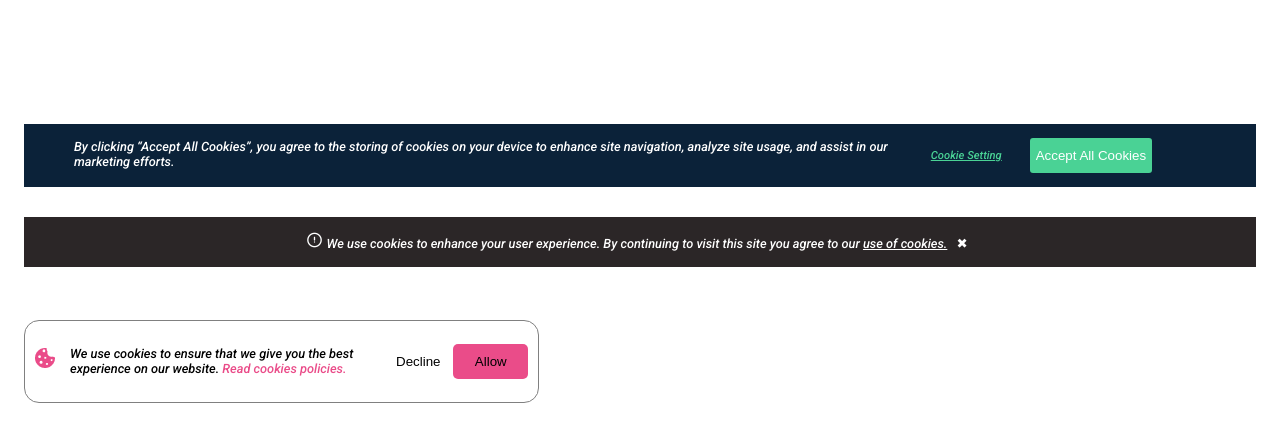
Repository: batonAnton/cursor_cookies_lectr3
Page: index.html
These files come from the project's save history. The page is drawn as it stood at one moment and after the next save; the edit follows.
The browser window is 1280 px wide. The pictures show the whole page.

Above is the page before, as saved 2022-06-01 12:56:47.

### index.html
<!DOCTYPE html>
<html lang="en">
<head>
    <meta charset="UTF-8">
    <meta http-equiv="X-UA-Compatible" content="IE=edge">
    <meta name="viewport" content="width=device-width, initial-scale=1.0">
    <link rel="preconnect" href="https://fonts.googleapis.com">
    <link rel="preconnect" href="https://fonts.gstatic.com" crossorigin>
    <link href="https://fonts.googleapis.com/css2?family=Roboto:ital,wght@1,500&display=swap" rel="stylesheet">
    <link rel="stylesheet" href="/css/style.css">
    <title>Cookie Banner</title>
</head>
<body>
    <div class="container">
        <div class="banner_1">
            <p>By clicking “Accept All Cookies”, you agree to the storing of cookies on your device to enhance site navigation, analyze site usage, and assist in our <br> marketing efforts.</p>
            <a href="#">cookie setting</a>
            <button>accept all cookies</button>
        </div>

        <div class="banner_2">
            <p> <img src="/images/exclamation mark.png" alt="mark"> We use cookies to enhance your user experience. By continuing to visit this site you agree to our <span class="under_span">use of cookies.</span>
                <button><span>&#10006</span></button>
            </div></p>
        </div>

        <div class="banner_3">
            <img src="/images/pink_cookies.png" alt="img cookies">
            <p>We use cookies to ensure that we give you the best <br> experience on our website. <a href="#">Read cookies policies.</a> </p>
            <button class="false_btn">decline</button>
            <button class="true_btn">allow</button>
        </div>
    </div>
</body>
</html>

### css/style.css
body {
  margin: 124px 24px;
  font-family: "Roboto", sans-serif;
}
p {
  font-size: 0.8rem;
}

.banner_1 {
  width: 100%;
  display: inline-flex;
  background-color: #0b2239;
}

.banner_1 p {
  color: #ffffff;
  margin: 15px 15px 15px 50px;
}

.banner_1 a {
  color: #4ad295;
  margin: 25px 28px;
  font-size: 0.7rem;
  text-transform: capitalize;
}

.banner_1 button {
  color: #ffffff;
  background-color: #4ad295;
  margin: 14px 50px 0px 0px;
  height: 35px;
  text-transform: capitalize;
  border-radius: 3px;
  border: none;
}

.banner_2 {
  width: 100%;
  margin-top: 30px;
  background-color: #2b2627;
  display: inline-flex;
}

.banner_2 p {
  color: #ffffff;
  margin: 15px auto;
}

.banner_2 button {
  border: none;
  color: #ffffff;
  background-color: #2b2627;
}

.under_span {
  text-decoration: underline;
}

.banner_3 {
  display: inline-flex;
  margin-top: 40px;
  border-radius: 15px;
  border: 0.5px solid gray;
  padding: 10px;
}

.banner_3 p {
  margin: 15px;
}

.banner_3 img {
  height: 20px;
  margin-top: 17px;
}

.banner_3 a {
  color: #ea4c89;
  text-decoration: none;
}

.false_btn {
  background-color: white;
  border: none;
  text-transform: capitalize;
  margin: 13px 0 13px 15px;
  height: 35px;
  width: 70px;
}

.true_btn {
  background-color: #ea4c89;
  border: none;
  border-radius: 5px;
  text-transform: capitalize;
  margin: 13px 0 13px 0px;
  height: 35px;
  width: 75px;
}

After the next save:
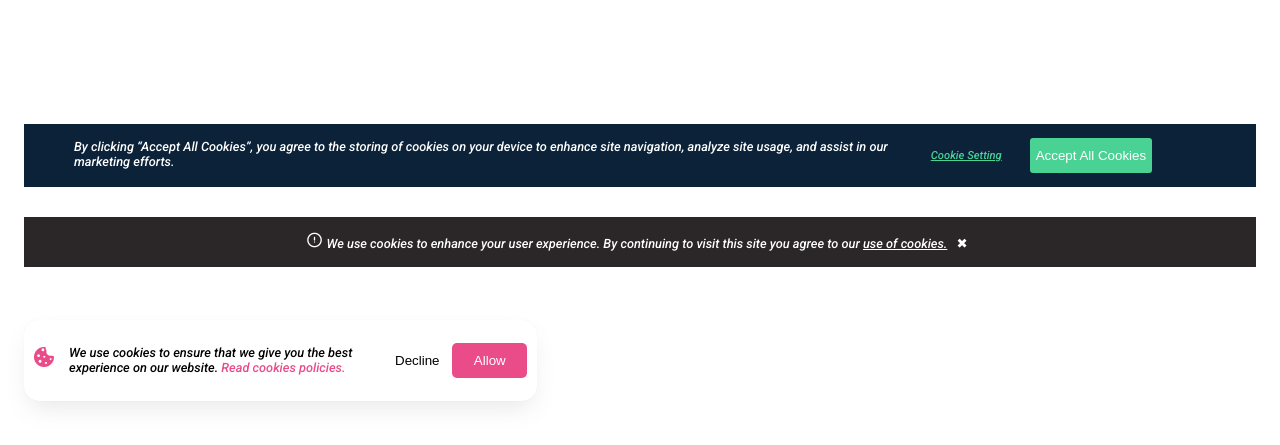
Saved 2 min 20 s later.
--- a/css/style.css
+++ b/css/style.css
@@ -60,8 +60,10 @@ p {
   display: inline-flex;
   margin-top: 40px;
   border-radius: 15px;
-  border: 0.5px solid gray;
   padding: 10px;
+  background: #ffffff;
+  box-shadow: 0px 12px 24px -6px rgba(96, 96, 96, 0.15),
+    0px 0px 1px rgba(96, 96, 96, 0.1);
 }
 
 .banner_3 p {
@@ -85,6 +87,8 @@ p {
   margin: 13px 0 13px 15px;
   height: 35px;
   width: 70px;
+  cursor: pointer;
+
 }
 
 .true_btn {
@@ -95,4 +99,6 @@ p {
   margin: 13px 0 13px 0px;
   height: 35px;
   width: 75px;
+  color: #ffffff;
+  cursor: pointer;
 }
